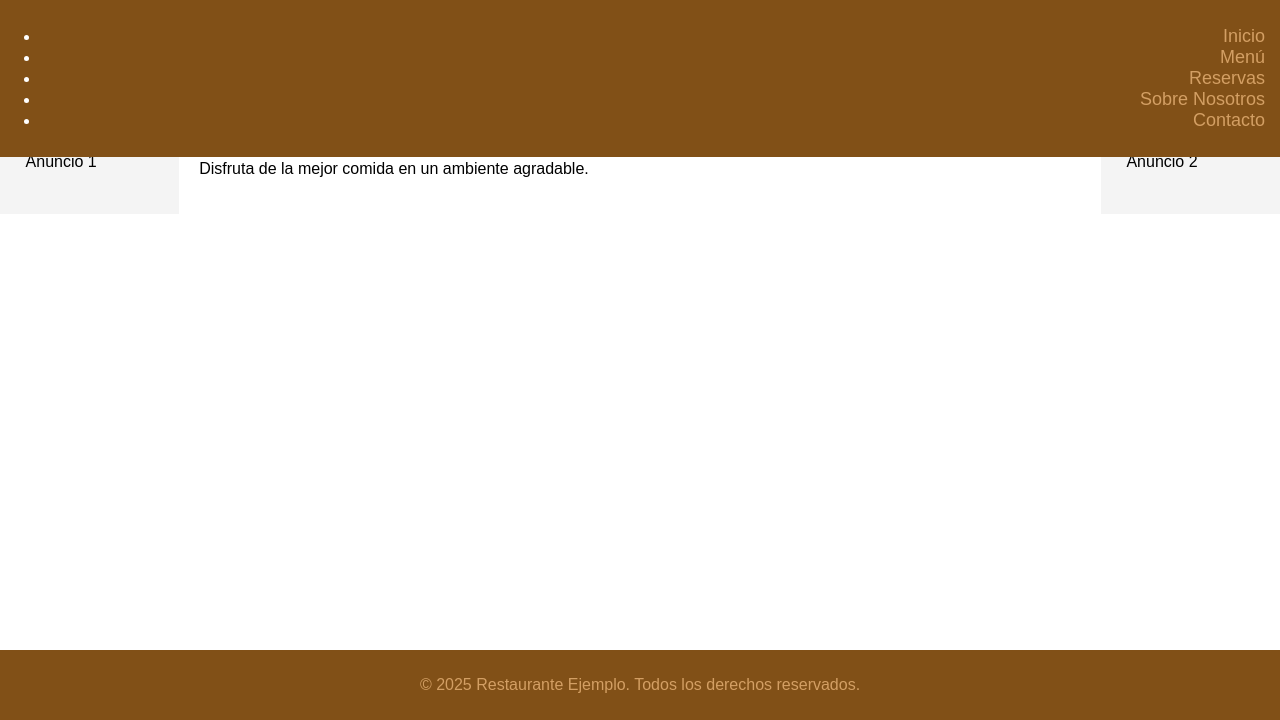
Repository: demoniers/demonIers.github.io
Page: web-lenguajes/src/index.html
The author's editor kept a copy of each file at every save. The page is drawn from the files as they stood at one save, then again after the next save.
The browser window is 1280 px wide. The pictures show the whole page.

Above is the page before, as saved 2025-01-20 13:10:12.

After the next save:
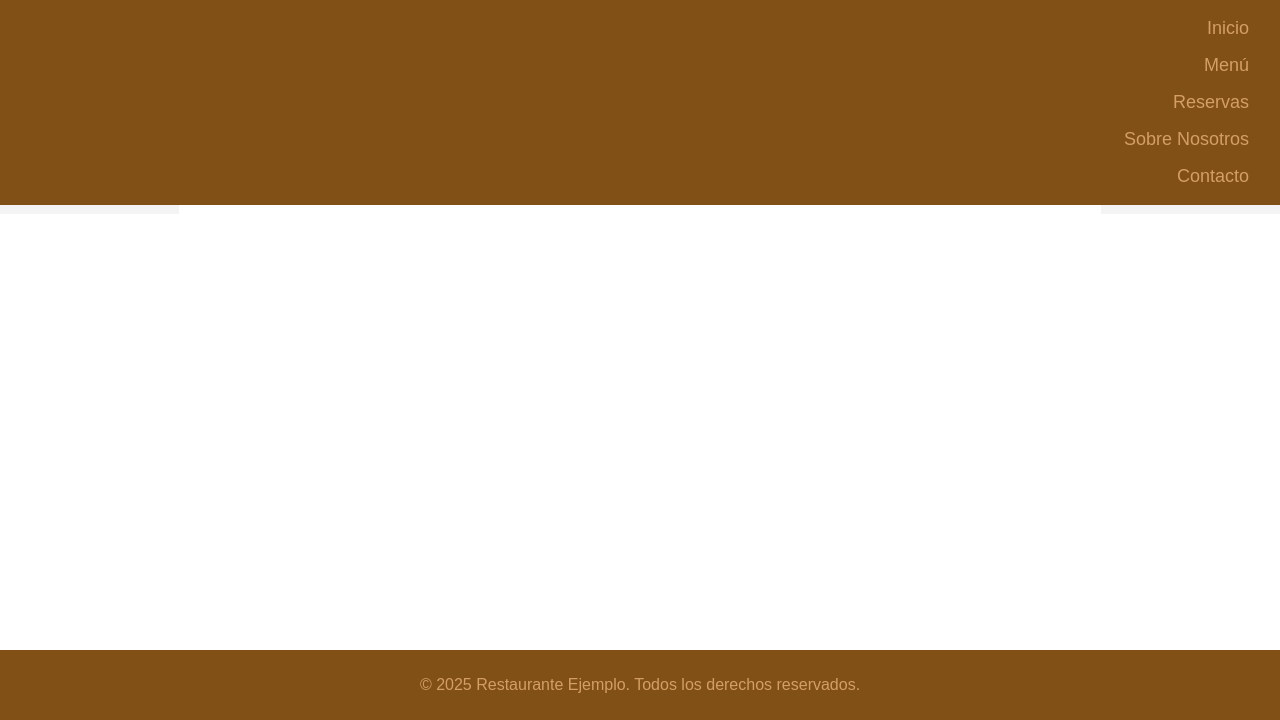
Saved 19 s later.
--- a/web-lenguajes/src/index.html
+++ b/web-lenguajes/src/index.html
@@ -4,6 +4,7 @@
     <meta charset="UTF-8">
     <meta name="viewport" content="width=device-width, initial-scale=1.0">
     <link rel="stylesheet" href="../style/style.css">
+    <link rel="stylesheet" href="../style/menu.css">
     <title>Restaurante Ejemplo</title>
     <style>
     </style>
@@ -19,7 +20,6 @@
                 <li><a href="#contacto">Contacto</a></li>
             </ul>
         </nav>
-
     </div>
     <div class="container">
         <div class="sidebar">

After the save that followed:
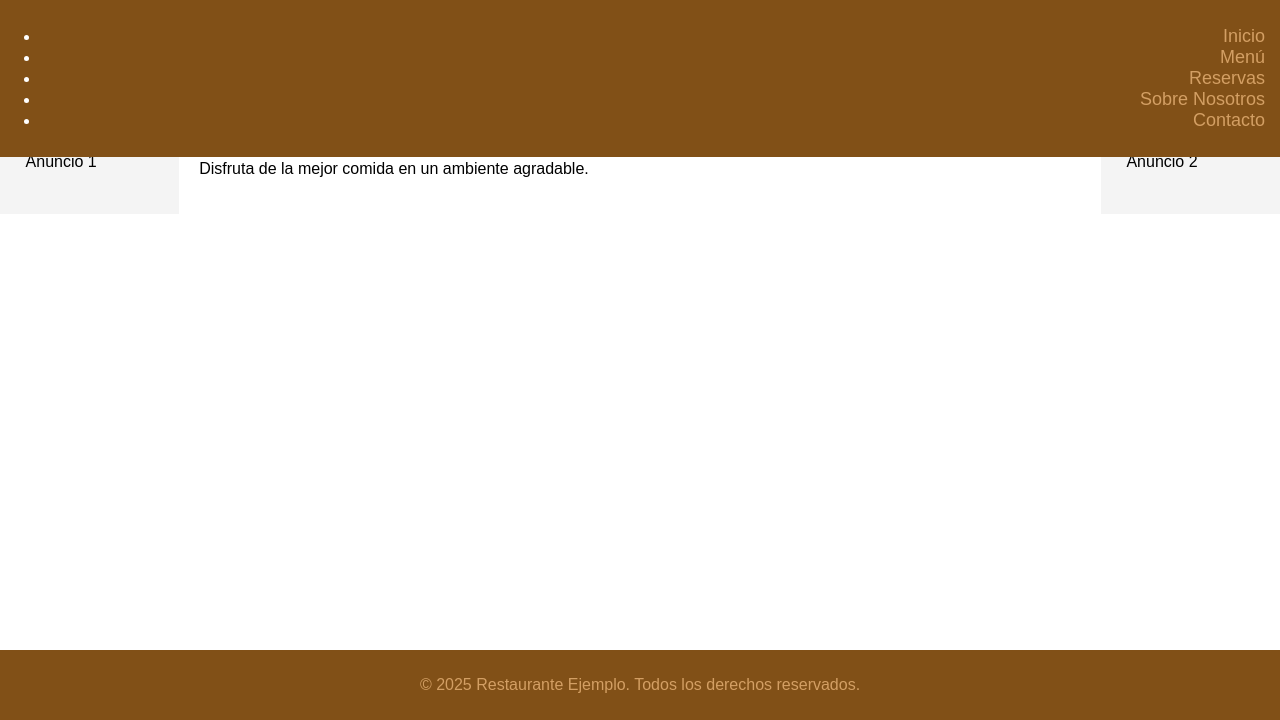
Saved 48 s later.
--- a/web-lenguajes/src/index.html
+++ b/web-lenguajes/src/index.html
@@ -4,7 +4,6 @@
     <meta charset="UTF-8">
     <meta name="viewport" content="width=device-width, initial-scale=1.0">
     <link rel="stylesheet" href="../style/style.css">
-    <link rel="stylesheet" href="../style/menu.css">
     <title>Restaurante Ejemplo</title>
     <style>
     </style>
